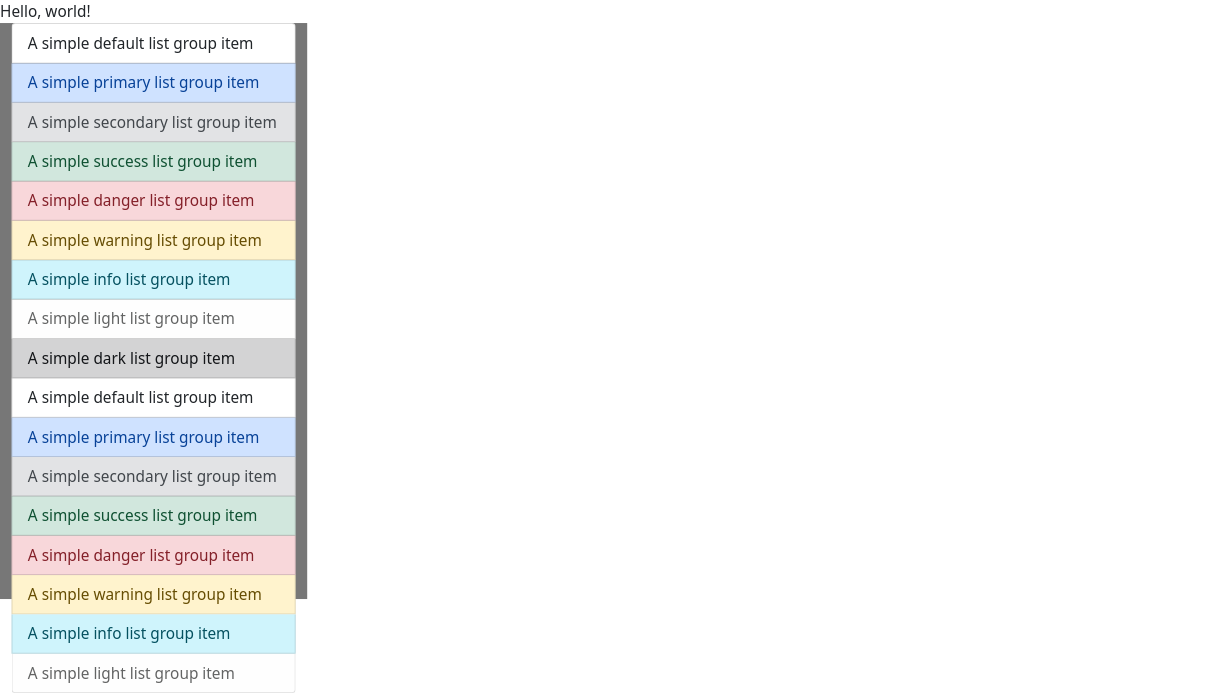
Repository: Dayvid0/BOOTSTRAP-TUTORIALS
Page: BOOTSTRAP-GRID-LAYOUTS/ibmexample.html
The author's editor kept a copy of each file at every save. The page is drawn from the files as they stood at one save, then again after the next save.
The browser window is 1280 px wide. The pictures show the whole page, at 96% of full size.

Above is the page before, as saved 2025-01-24 16:45:08.

After the next save:
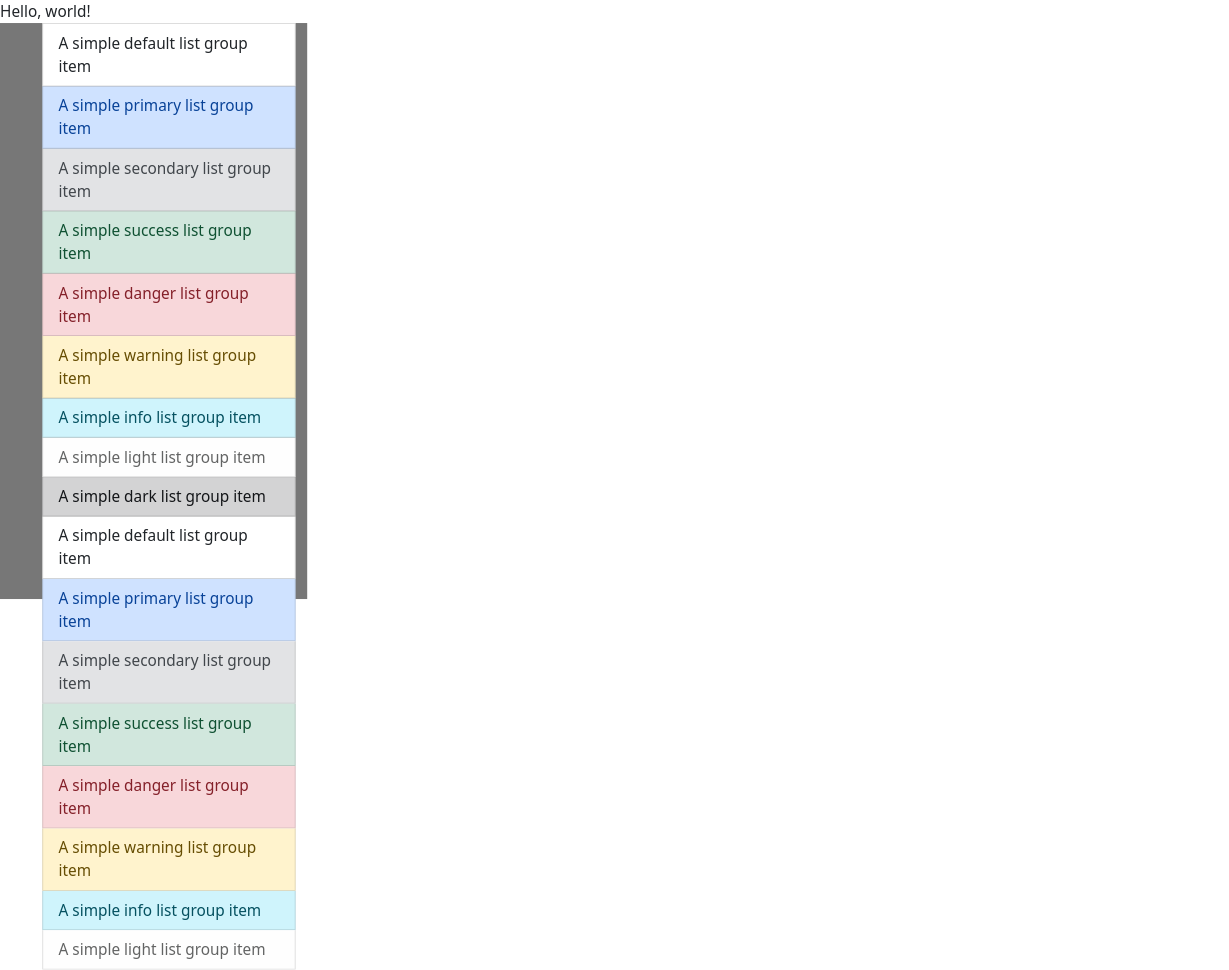
Saved 76 s later.
--- a/BOOTSTRAP-GRID-LAYOUTS/ibmexample.html
+++ b/BOOTSTRAP-GRID-LAYOUTS/ibmexample.html
@@ -13,7 +13,7 @@
     <div class="container-fluid">
       <div class="row"> <!-- ./row-->
         <div class="col-3 sidebar">
-          <ul class="list-group">
+          <ul >
             <li class="list-group-item">A simple default list group item</li>
             <li class="list-group-item list-group-item-primary">A simple primary list group item</li>
             <li class="list-group-item list-group-item-secondary">A simple secondary list group item</li>
